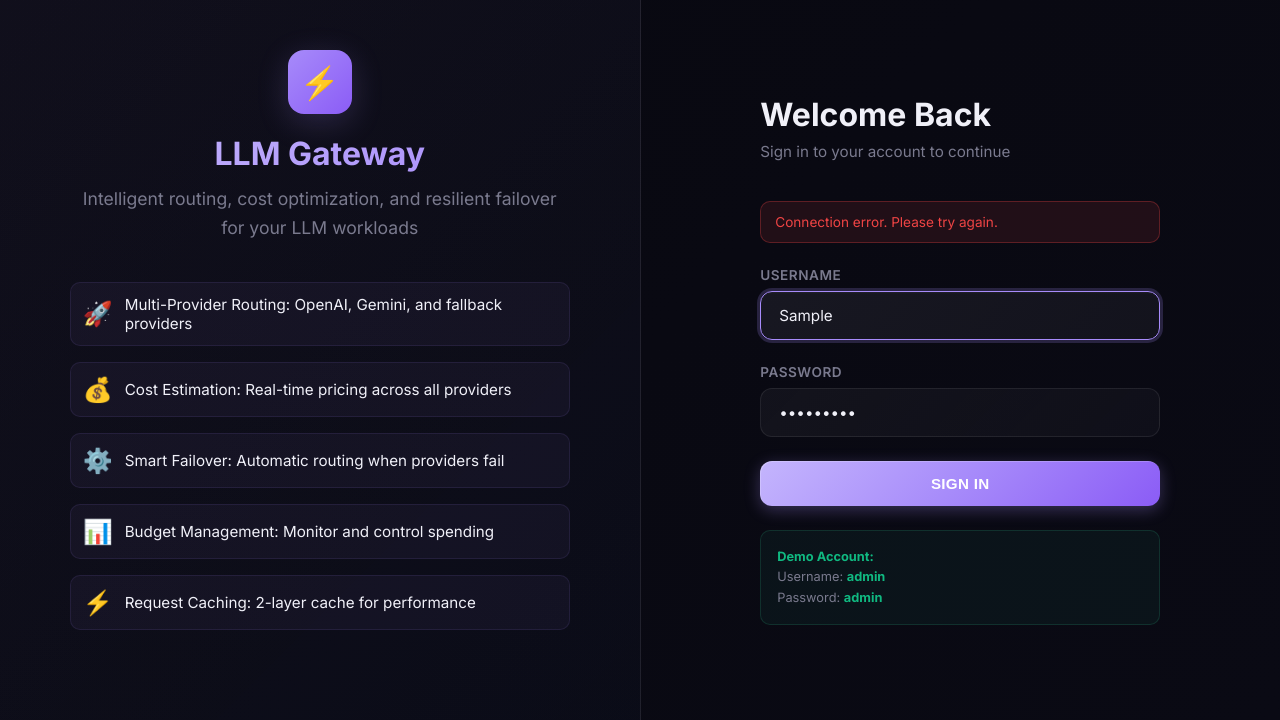
Repository: Poorna-Chandra-D/LLM-gateway
Page: app/login.html
These files come from the project's save history. The page is drawn as it stood at one moment and after the next save; the edit follows.
The browser window is 1280 px wide. The pictures show the whole page.
Empty fields were first filled with sample values (such as "Sample", 5 or name@example.com).
After loading, the first visible `form` was submitted once.
The page's requests for data from a server got no answer.

Above is the page before, as saved 2026-04-04 22:26:41.

After the next save:
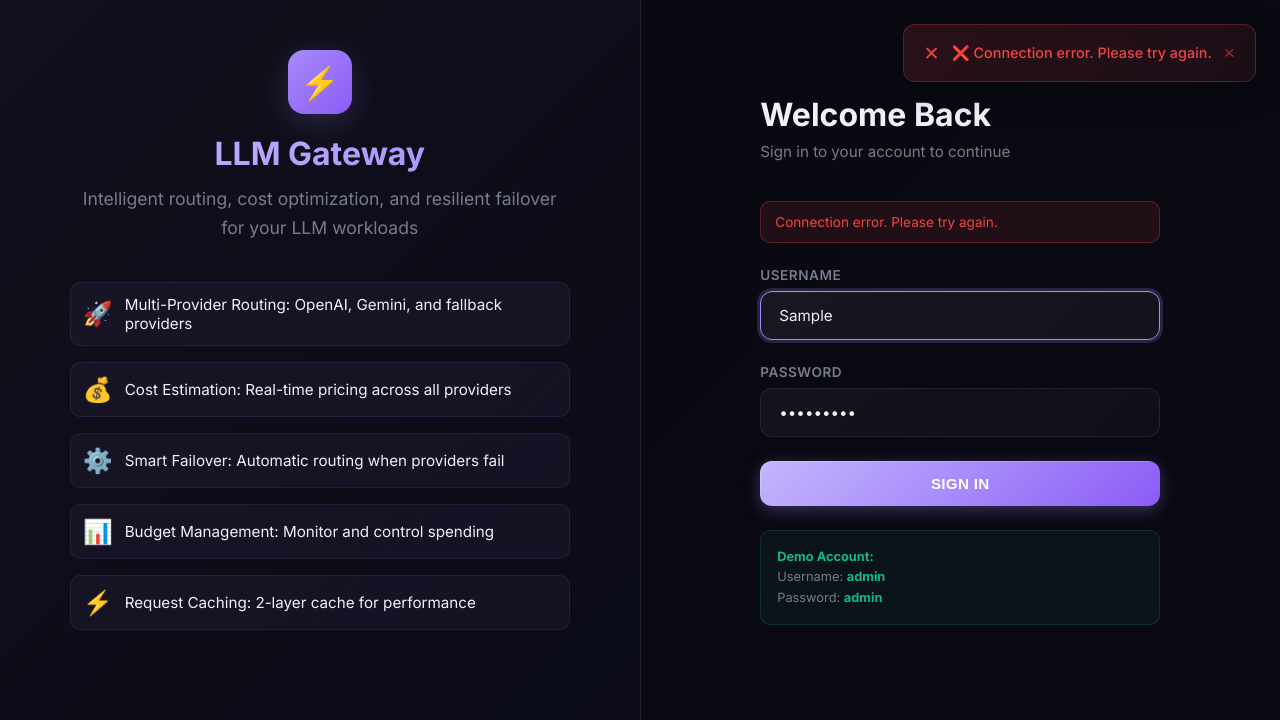
Saved 7 s later.
--- a/app/login.html
+++ b/app/login.html
@@ -477,6 +477,35 @@
     </div>
 
     <script>
+        // ═══════════ TOAST NOTIFICATION SYSTEM ═══════════
+        function showToast(message, type = 'info', duration = 4000) {
+            const container = document.getElementById('toastContainer');
+            const toast = document.createElement('div');
+            toast.className = `toast ${type}`;
+
+            const icons = {
+                success: '✓',
+                error: '✕',
+                info: 'ℹ'
+            };
+
+            toast.innerHTML = `
+                <span class="toast-icon">${icons[type]}</span>
+                <span class="toast-message">${message}</span>
+                <button class="toast-close" onclick="this.parentElement.remove();">×</button>
+            `;
+
+            container.appendChild(toast);
+
+            if (duration > 0) {
+                setTimeout(() => {
+                    toast.classList.add('removing');
+                    setTimeout(() => toast.remove(), 300);
+                }, duration);
+            }
+        }
+
+        // ═══════════ LOGIN HANDLER ═══════════
         async function handleLogin(event) {
             event.preventDefault();
 
@@ -500,17 +529,27 @@
                 const data = await response.json();
 
                 if (response.ok) {
-                    // Redirect to dashboard
-                    window.location.href = '/dashboard';
+                    // Show success toast with delay before redirect
+                    showToast('✨ Signed in successfully!', 'success', 2000);
+                    errorMessage.classList.remove('show');
+
+                    // Redirect after toast is visible
+                    setTimeout(() => {
+                        window.location.href = '/dashboard';
+                    }, 800);
                 } else {
-                    errorMessage.textContent = data.detail || 'Login failed. Please try again.';
+                    const errorText = data.detail || 'Login failed. Please try again.';
+                    errorMessage.textContent = errorText;
                     errorMessage.classList.add('show');
+                    showToast('❌ ' + errorText, 'error', 4000);
                     loginBtn.disabled = false;
                     loginBtn.textContent = 'Sign In';
                 }
             } catch (err) {
-                errorMessage.textContent = 'Connection error. Please try again.';
+                const errorText = 'Connection error. Please try again.';
+                errorMessage.textContent = errorText;
                 errorMessage.classList.add('show');
+                showToast('❌ ' + errorText, 'error', 4000);
                 loginBtn.disabled = false;
                 loginBtn.textContent = 'Sign In';
             }
